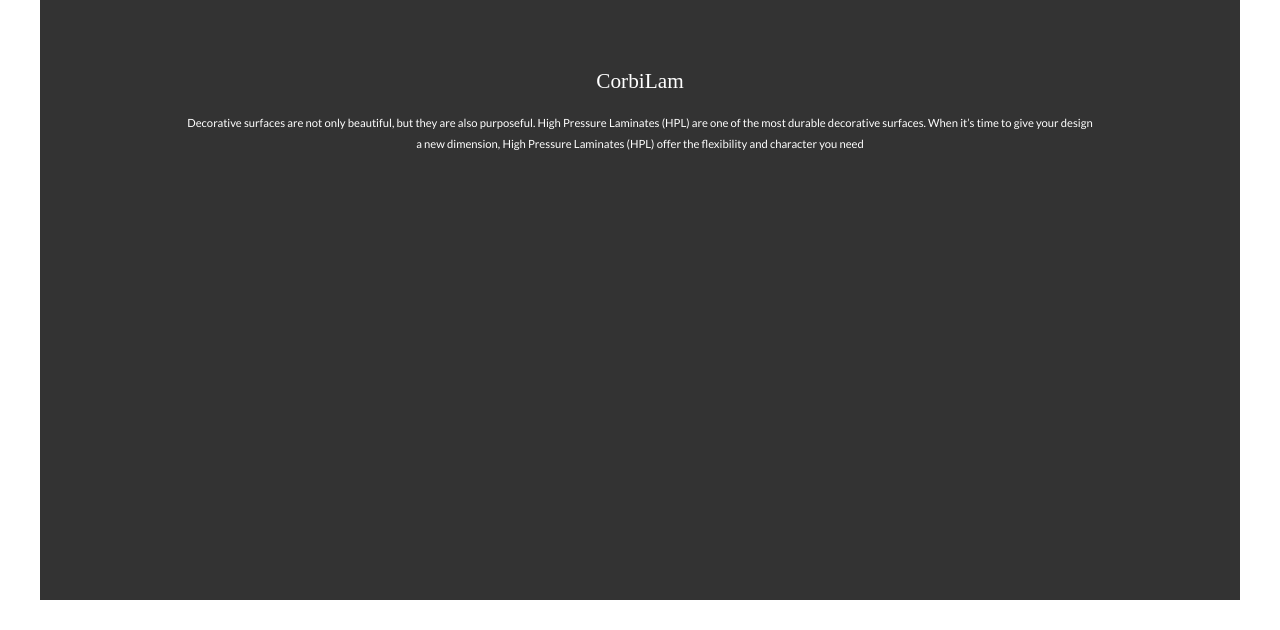
Repository: aneescode4u/testp
Page: http://localhost/WPC
The author's editor kept a record of every edit. The page is drawn from the files as they stood at one moment, then again after the next edit.
The browser window is 1280 px wide. The pictures show the part of the page from y = 815 to 1445 px (the page is 1445 px tall).
Pictures or frames that could not be fetched are drawn as grey boxes. Some web libraries are served in a nearby version. The page is served by the project's Node server (YelpCamp/v3.1/app.js).

Above is the page before.

After the next edit:
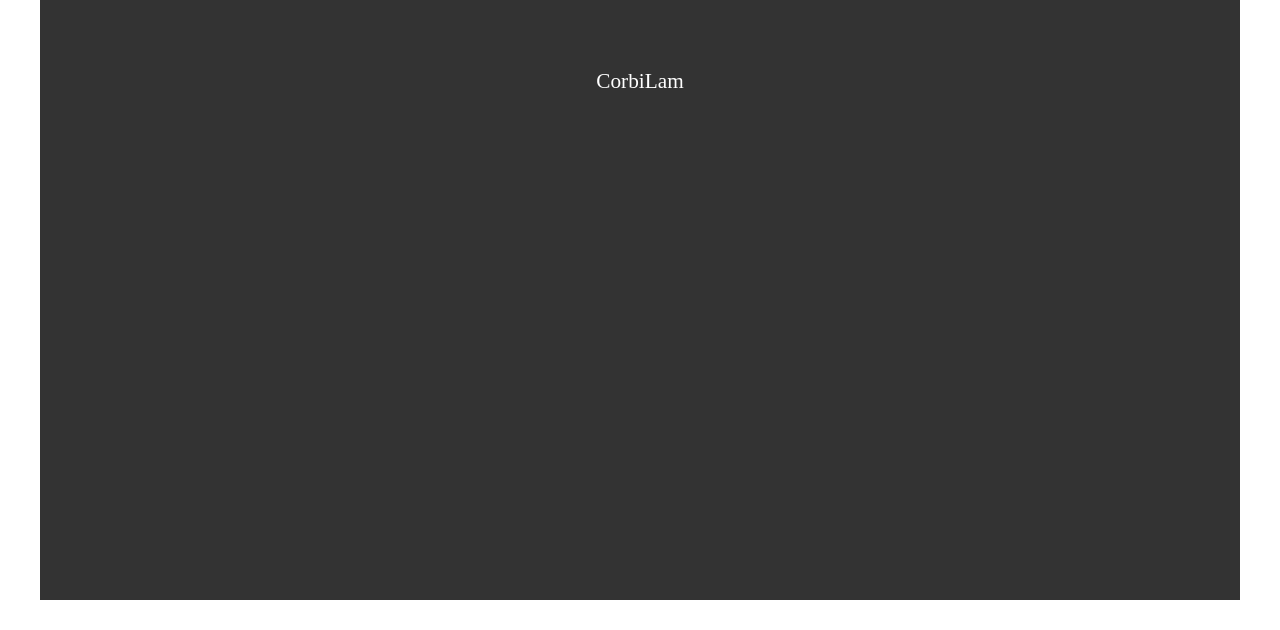
The edit:
--- a/workspace/YelpCamp/v3.1/views/WPC.ejs
+++ b/workspace/YelpCamp/v3.1/views/WPC.ejs
@@ -19,9 +19,6 @@
                         <div class="block__content -text">
                             <h2>CorbiLam</h2>
                             <div class="intro">
-Decorative surfaces are not only beautiful, but they are also purposeful.
-High Pressure Laminates (HPL) are one of the most durable decorative surfaces.
-When it’s time to give your design a new dimension, High Pressure Laminates (HPL) offer the flexibility and character you need
 
  </div>
                             <div class="grid">
